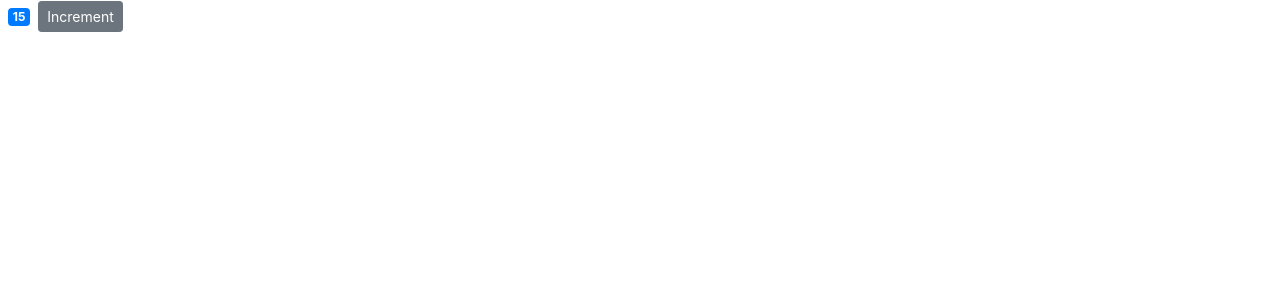
Repository: smk87/First-React-App
Page: /
An editor plug-in stored every save of this project. The page is shown before and after the next save, followed by the edit.
The browser window is 1280 px wide. The pictures show the whole page.
The project was rebuilt for these pictures with package versions that can differ from the ones it lists, and the page was loaded fresh each time. Also part of the build but not shown: src/App.css, src/App.js.

Above is the page before, as saved 2019-01-04 21:04:30.

### public/index.html
<!DOCTYPE html>
<html lang="en">
  <head>
    <meta charset="utf-8" />
    <link rel="shortcut icon" href="%PUBLIC_URL%/favicon.ico" />
    <meta
      name="viewport"
      content="width=device-width, initial-scale=1, shrink-to-fit=no"
    />
    <meta name="theme-color" content="#000000" />
    <!--
      manifest.json provides metadata used when your web app is added to the
      homescreen on Android. See https://developers.google.com/web/fundamentals/web-app-manifest/
    -->
    <link rel="manifest" href="%PUBLIC_URL%/manifest.json" />
    <!--
      Notice the use of %PUBLIC_URL% in the tags above.
      It will be replaced with the URL of the `public` folder during the build.
      Only files inside the `public` folder can be referenced from the HTML.

      Unlike "/favicon.ico" or "favicon.ico", "%PUBLIC_URL%/favicon.ico" will
      work correctly both with client-side routing and a non-root public URL.
      Learn how to configure a non-root public URL by running `npm run build`.
    -->
    <title>Cart by React</title>
  </head>
  <body>
    <noscript>You need to enable JavaScript to run this app.</noscript>
    <div id="root"></div>
    <!--
      This HTML file is a template.
      If you open it directly in the browser, you will see an empty page.

      You can add webfonts, meta tags, or analytics to this file.
      The build step will place the bundled scripts into the <body> tag.

      To begin the development, run `npm start` or `yarn start`.
      To create a production bundle, use `npm run build` or `yarn build`.
    -->
  </body>
</html>

### src/index.js
import React from "react";
import ReactDOM from "react-dom";
import "./index.css";
import App from "./App";
import * as serviceWorker from "./serviceWorker";
import "bootstrap/dist/css/bootstrap.css";
import Counter from "./components/counter";

ReactDOM.render(<Counter />, document.getElementById("root"));

// If you want your app to work offline and load faster, you can change
// unregister() to register() below. Note this comes with some pitfalls.
// Learn more about service workers: http://bit.ly/CRA-PWA
serviceWorker.unregister();

### src/components/counter.jsx
import React, { Component } from "react";

class Counter extends Component {
  state = {
    count: 15
  };

  render() {
    return (
      <div>
        <span className={this.getBadgeClasses()}>{this.formatCount()}</span>
        <button className="btn btn-secondary btn-sm">Increment</button>
      </div>
    );
  }

  getBadgeClasses() {
    let classes = "badge m-2 badge-";
    classes += this.state.count === 0 ? "warning" : "primary";
    return classes;
  }

  formatCount() {
    const { count } = this.state;
    return count === 0 ? "Zero" : count;
  }
}

export default Counter;

Loaded but not shown: src/index.css (common file); src/serviceWorker.js (common file)

After the next save:
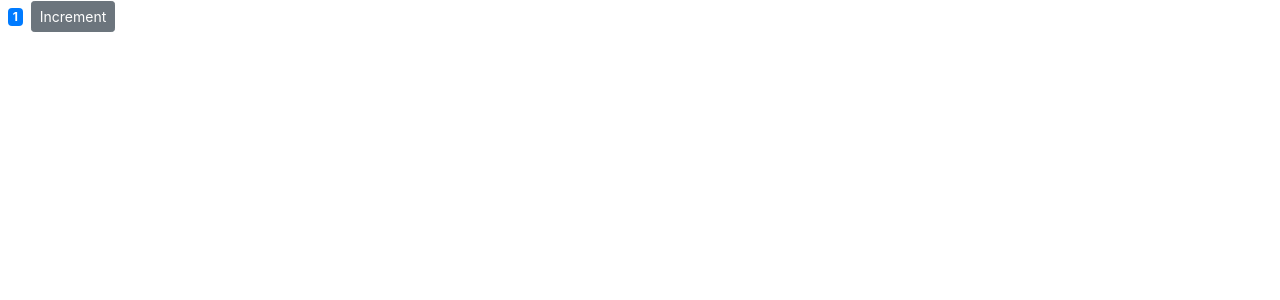
Saved 4 s later.
--- a/src/components/counter.jsx
+++ b/src/components/counter.jsx
@@ -2,7 +2,7 @@ import React, { Component } from "react";
 
 class Counter extends Component {
   state = {
-    count: 15
+    count: 1
   };
 
   render() {
